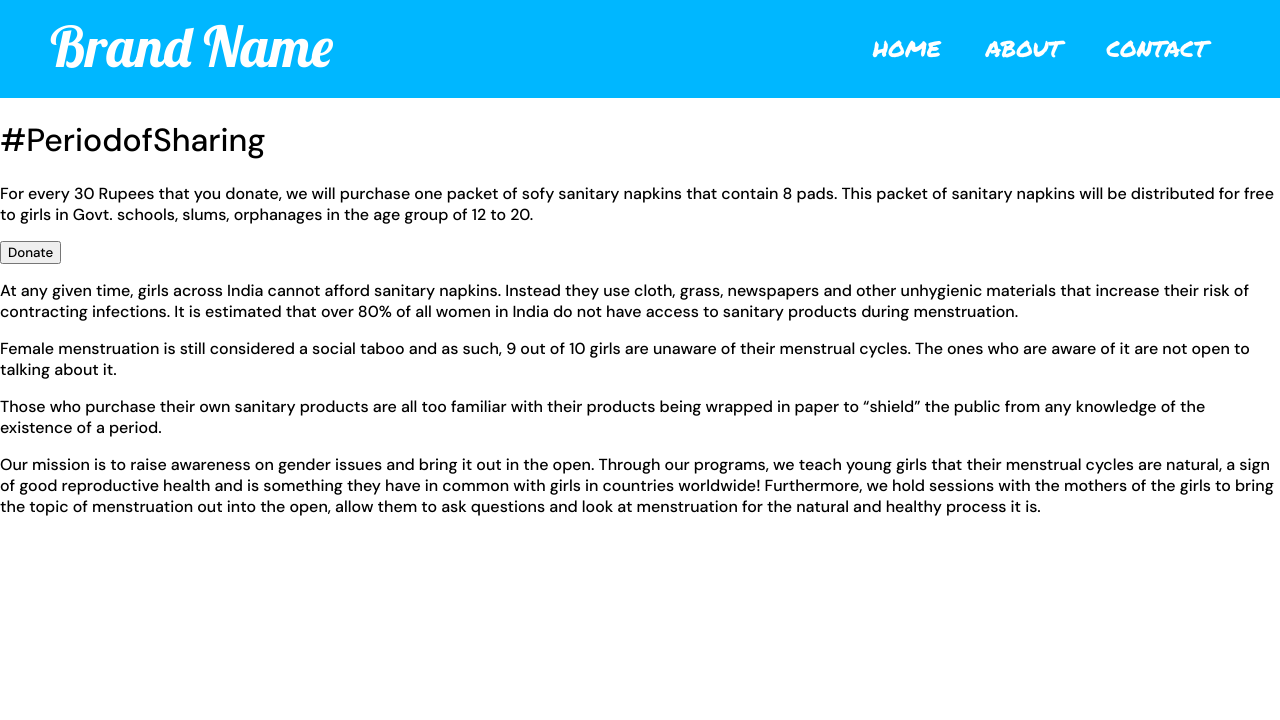
Repository: Jrap-bit/PeriodofSharing
Page: index.html
These files come from the project's save history. The page is drawn as it stood at one moment and after the next save; the edit follows.
The browser window is 1280 px wide. The pictures show the whole page.

Above is the page before, as saved 2022-01-13 23:55:35.

### index.html
<!DOCTYPE html>
<html lang="en">
  <head>
    <meta charset="UTF-8" />
    <meta http-equiv="X-UA-Compatible" content="IE=edge" />
    <meta name="viewport" content="width=device-width, initial-scale=1.0" />
    <link rel="stylesheet" href="style.css" />
    <title>#PeriodofSharing</title>
  </head>
  <body>
    <nav class="navbar">
      <div class="brand-title">Brand Name</div>
      <a href="#" class="toggle-button">
        <span class="bar"></span>
        <span class="bar"></span>
        <span class="bar"></span>
      </a>
      <div class="navbar-links">
        <ul>
          <li><a href="#Home">HOME</a></li>
          <li><a href="#About">ABOUT</a></li>
          <li><a href="#Contact">CONTACT</a></li>
        </ul>
      </div>
    </nav>
    <div id="Home" class="home">
      <h1>#PeriodofSharing</h1>
      <p>
        For every 30 Rupees that you donate, we will purchase one packet of sofy
        sanitary napkins that contain 8 pads. This packet of sanitary napkins
        will be distributed for free to girls in Govt. schools, slums,
        orphanages in the age group of 12 to 20.
      </p>
      <div>
        <button class="donate-button" href="Donate.html">Donate</button>
      </div>
    </div>
    <div id="About" class="about">
      <p>
        At any given time, girls across India cannot afford sanitary napkins.
        Instead they use cloth, grass, newspapers and other unhygienic materials
        that increase their risk of contracting infections. It is estimated that
        over 80% of all women in India do not have access to sanitary products
        during menstruation.
      </p>
      <p>
        Female menstruation is still considered a social taboo and as such, 9
        out of 10 girls are unaware of their menstrual cycles. The ones who are
        aware of it are not open to talking about it.
      </p>
      <p>
        Those who purchase their own sanitary products are all too familiar with
        their products being wrapped in paper to “shield” the public from any
        knowledge of the existence of a period.
      </p>
      <p>
        Our mission is to raise awareness on gender issues and bring it out in
        the open. Through our programs, we teach young girls that their
        menstrual cycles are natural, a sign of good reproductive health and is
        something they have in common with girls in countries worldwide!
        Furthermore, we hold sessions with the mothers of the girls to bring the
        topic of menstruation out into the open, allow them to ask questions and
        look at menstruation for the natural and healthy process it is.
      </p>
    </div>
  </body>
</html>

### style.css
@import url('https://fonts.googleapis.com/css2?family=DM+Sans:wght@500&display=swap');
@import url('https://fonts.googleapis.com/css2?family=Bebas+Neue&family=Lobster&family=Permanent+Marker&display=swap');
@import url('https://fonts.googleapis.com/css?family=Source+Sans+Pro:200,300');


* {
    box-sizing: border-box;
    font-family: 'DM Sans', sans-serif;
    font-weight: 300;
}

body {
    margin: 0;
    padding: 0;
}

html{
    scroll-behavior: smooth;
}

.navbar{
    display: flex;
    justify-content: space-between;
    align-items: center;
    background-color: rgb(0, 183, 255);
    color: white;

}

.brand-title{
    font-family: 'Lobster', cursive;
    font-size: 3.5rem;
    margin: 10px 50px;
    margin-bottom: 15px;

}

.navbar-links ul{
    margin: 10px 50px 10px 50px;
    display: flex;
}

.navbar-links li {
    font-family: 'Permanent Marker', cursive;
    font-weight: bold;
    list-style: none;
    font-size: 1.4rem;

}

.navbar-links li a{
    font-family: 'Permanent Marker', cursive;
    text-decoration: none;
    color: white;
    padding: 1.4rem;
    display: block;
}

.navbar-links li:hover{
    background-color: rgb(1, 54, 75);
}

.toggle-button {
    position: absolute;
    top: .75rem;
    right: 1rem;
    display: none;
    flex-direction: column;
    justify-content: space-between;
    width: 30px;
    height: 21px;
}

.toggle-button .bar{
    height: 3px;
    width: 100%;
    background-color: white;
    border-radius: 10px;
}

@media (max-width: 800px) {
    .toggle-button{
        display: flex;
    }
    .navbar-links{
        display: none;
        width: 100%;
    }

    .navbar{
        flex-direction: column;
        align-items: flex-start;
    }

    .navbar-links ul {
        flex-direction: column;
        width: 100%;

    }

    .navbar-links li{
        text-align: center;
    }

    .navbar-links li a{
        padding: 0.5rem 1rem;
    }

    .navbar-links.active{
        display: flex;
    }

    .toggle-button:hover{
        background-color: #666;
    }
}

After the next save:
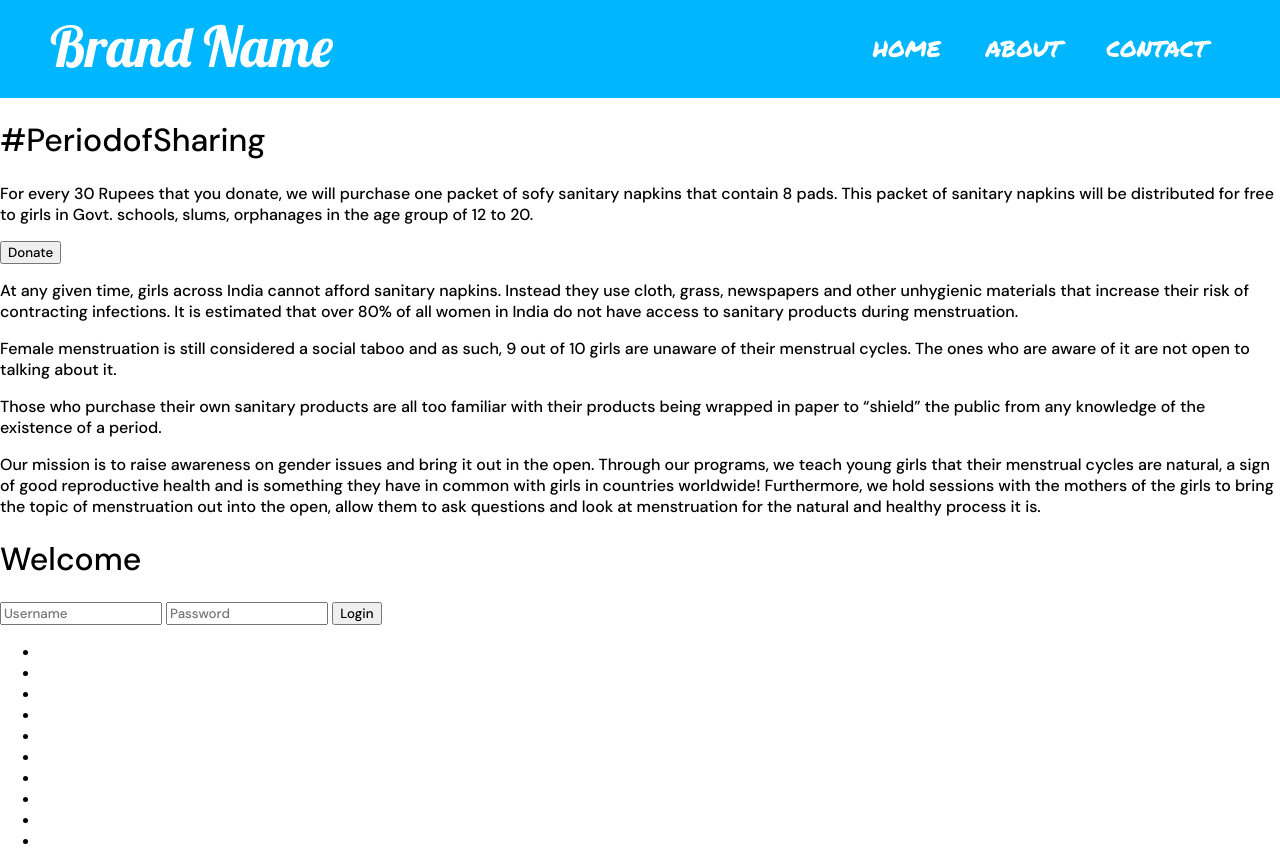
Saved 3 s later.
--- a/index.html
+++ b/index.html
@@ -63,5 +63,31 @@
         look at menstruation for the natural and healthy process it is.
       </p>
     </div>
+    <div class = "contact" id = "Contact">
+        <div class="wrapper">
+            <div class="container">
+                <h1>Welcome</h1>
+
+                <form class="form">
+                    <input type="text" placeholder="Username">
+                    <input type="password" placeholder="Password">
+                    <button type="submit" id="login-button">Login</button>
+                </form>
+            </div>
+
+            <ul class="bg-bubbles">
+                <li></li>
+                <li></li>
+                <li></li>
+                <li></li>
+                <li></li>
+                <li></li>
+                <li></li>
+                <li></li>
+                <li></li>
+                <li></li>
+            </ul>
+        </div>
+    </div>
   </body>
 </html>
